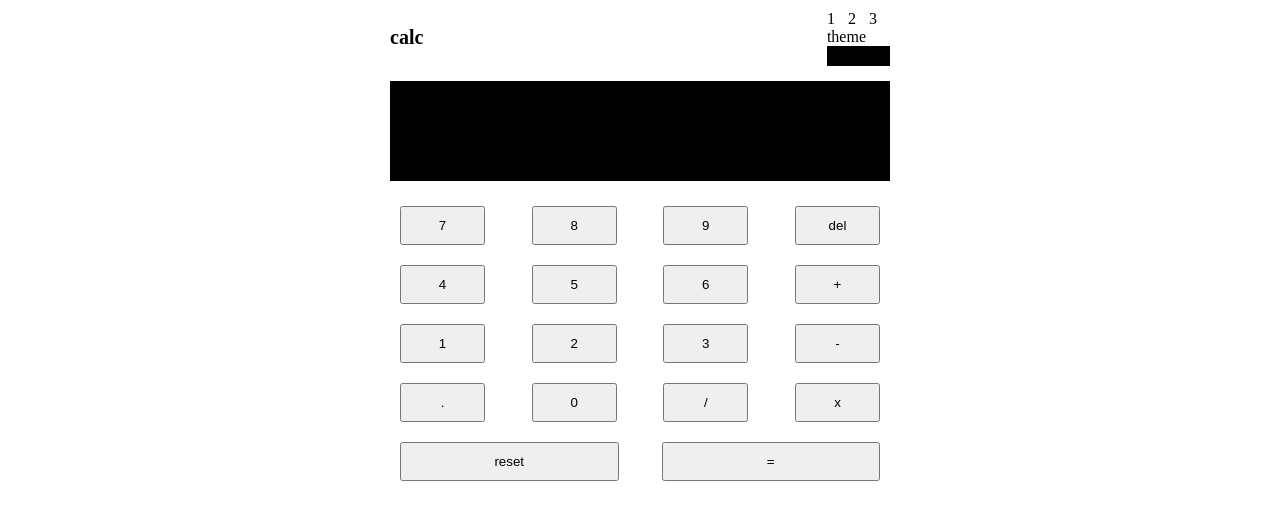
Repository: Eugene44-hub/basic-calculator
Page: index.html
These files come from the project's save history. The page is drawn as it stood at one moment and after the next save; the edit follows.
The browser window is 1280 px wide. The pictures show the whole page.

Above is the page before, as saved 2021-10-02 02:26:04.
Console error: SyntaxError: Unexpected end of input

### index.html
<!DOCTYPE html>
<html lang="en">

<head>
    <link rel="stylesheet" href="style.css">
    <meta charset="UTF-8">
    <meta http-equiv="X-UA-Compatible" content="IE=edge">
    <meta name="viewport" content="width=device-width, initial-scale=1.0">
    <title>Document</title>
</head>

<body>
    <div class="cal-container">

        <div class="theme">
            <h2>calc
            </h2>
            <div class="theme-number">
                <div class="number-toggle">
                    <span id="one">1</span>
                    <span id="two">2</span>
                    <span id="three">3</span>
                    <p>theme</p>
                    <div class="toggle"></div>
                </div>
            </div>
        </div>
        <div class="output">

        </div>
        <div class="buttons">
            <button id="number-button">7</button>
            <button id="number-button">8</button>
            <button id="number-button">9</button>
            <button id="del-button">del</button>
            <button id="number-button">4</button>
            <button id="number-button">5</button>
            <button id="number-button">6</button>
            <button id="addition-button">+</button>
            <button id="number-button">1</button>
            <button id="number-button">2</button>
            <button id="number-button">3</button>
            <button id="minus-button">-</button>
            <button id="dot-button">.</button>
            <button id="number-button">0</button>
            <button id="division-button">/</button>
            <button id="multiply-button">x</button>
            <button id="reset-button">reset</button>
            <button id="equals-button">=</button>
        </div>
    </div>

    <script src="app.js"></script>
</body>

</html>

### style.css
* {
    padding: 0;
    margin: 0;
    box-sizing: border-box;
}

body {
    display: flex;
    height: 500px;
}

.theme {
    display: flex;
    flex-wrap: wrap;
}

.toggle {
    background-color: black;
    height: 20px;
    flex: 50%;
}

h2 {
    flex: 50%;
    align-self: center;
    font-size: 20px;
}

.theme-number {
    flex: 50%;
}

.number-toggle {
    float: right;
    word-spacing: 30px;
    display: flex;
    flex-wrap: wrap;
}

span {
    flex: 30%;
}

.cal-container {
    margin: auto;
    width: 500px;
}

.buttons {
    display: flex;
    flex-wrap: wrap;
    justify-content: space-between;
}

button {
    flex-basis: 17%;
    padding: 10px;
    margin: 10px;
}

#reset-button,
#equals-button {
    flex-basis: 43.7%
}

.output {
    height: 100px;
    background-color: black;
    margin: 15px 0
}

Loaded but not shown: app.js (common file)

After the next save:
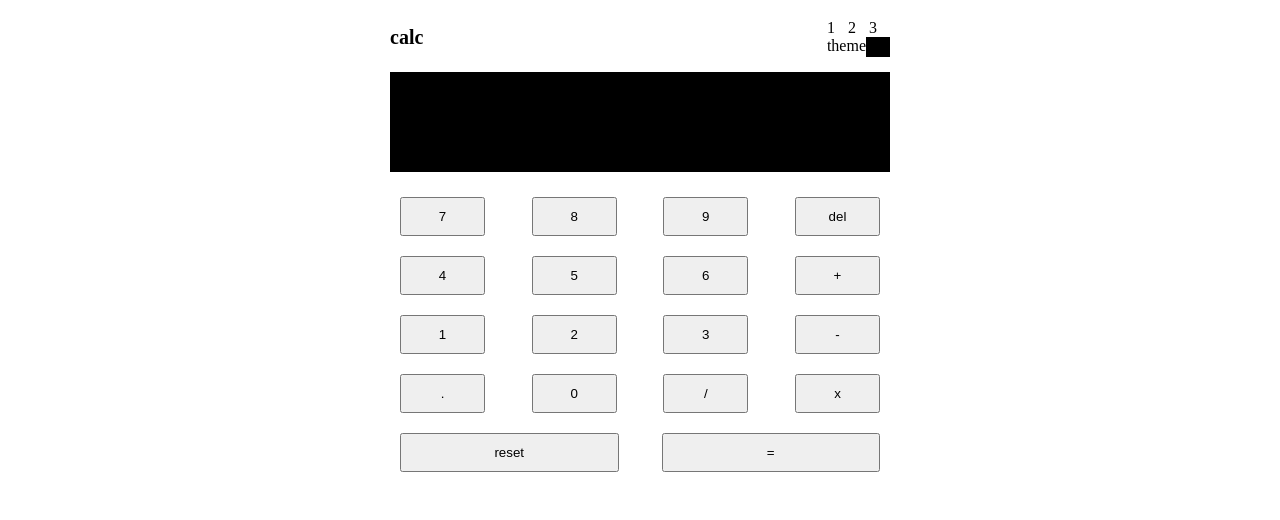
Saved 6 s later.
--- a/style.css
+++ b/style.css
@@ -17,7 +17,7 @@ body {
 .toggle {
     background-color: black;
     height: 20px;
-    flex: 50%;
+    flex: 20%;
 }
 
 h2 {
